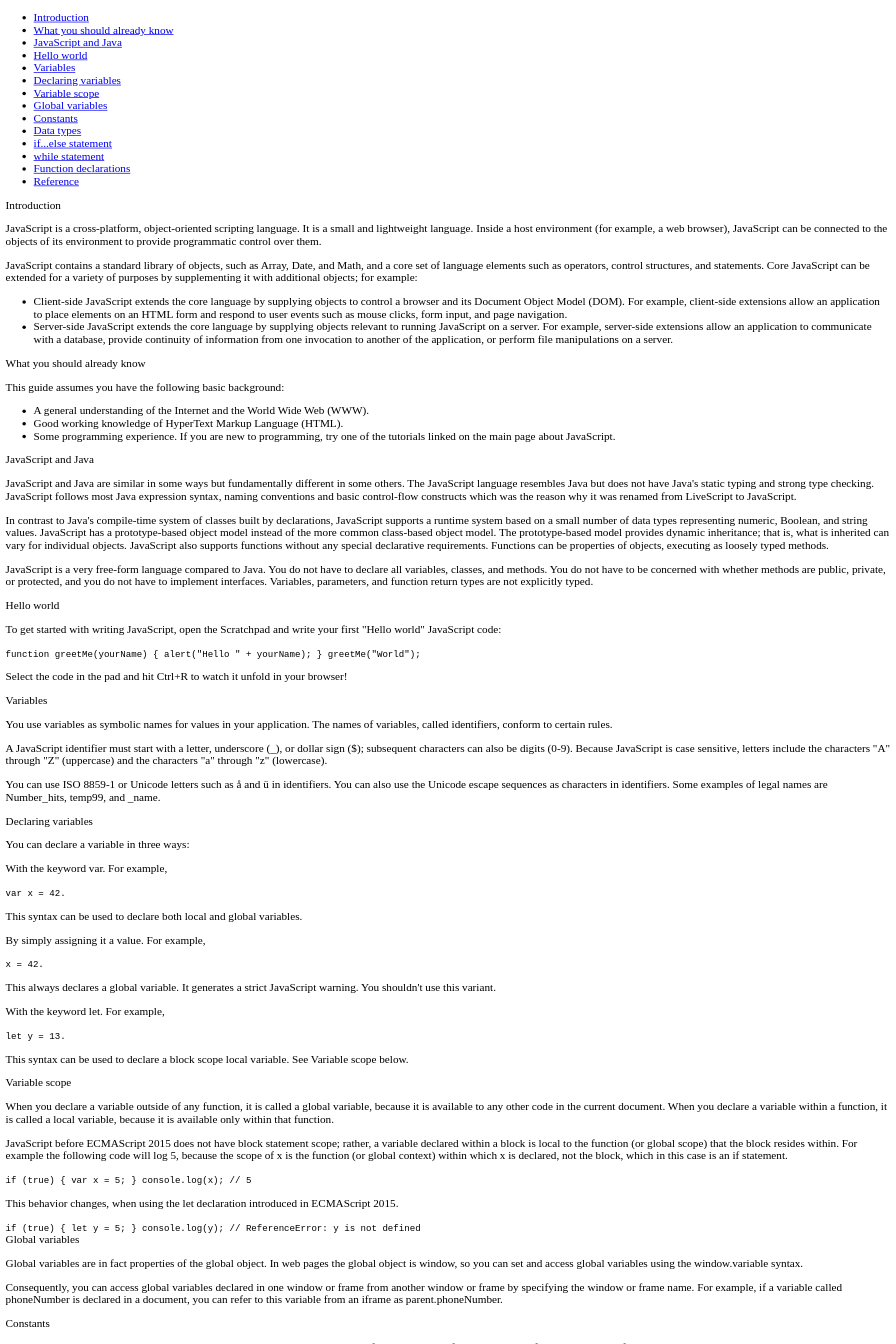
Repository: Lungdjos/technical_document_page_certificate
Page: index.html
The author's editor kept a copy of each file at every save. The page is drawn from the files as they stood at one save, then again after the next save.
The browser window is 1280 px wide. The pictures show the part of the page from y = 0 to 1920 px (the page is 3792 px tall before and 3818 px after), at 70% of full size.

Above is the page before, as saved 2023-11-21 07:24:02.

After the next save:
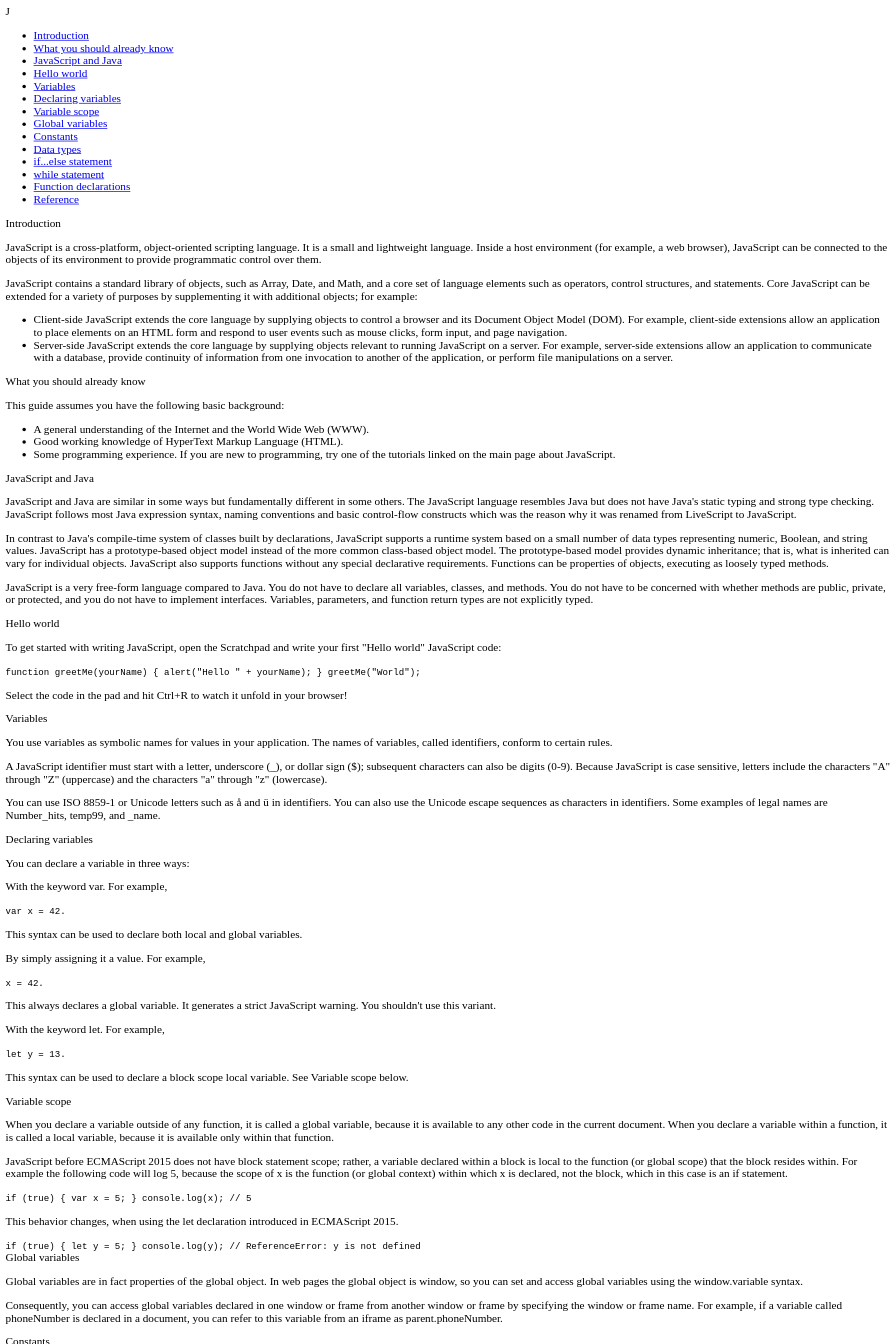
Saved 2 min 51 s later.
--- a/index.html
+++ b/index.html
@@ -10,7 +10,7 @@
 
 <body>
     <nav id="nav-bar">
-        <header></header>
+        <header>J</header>
         <ul>
             <li>
                 <a href="#Introduction" class="navlink">Introduction</a>
